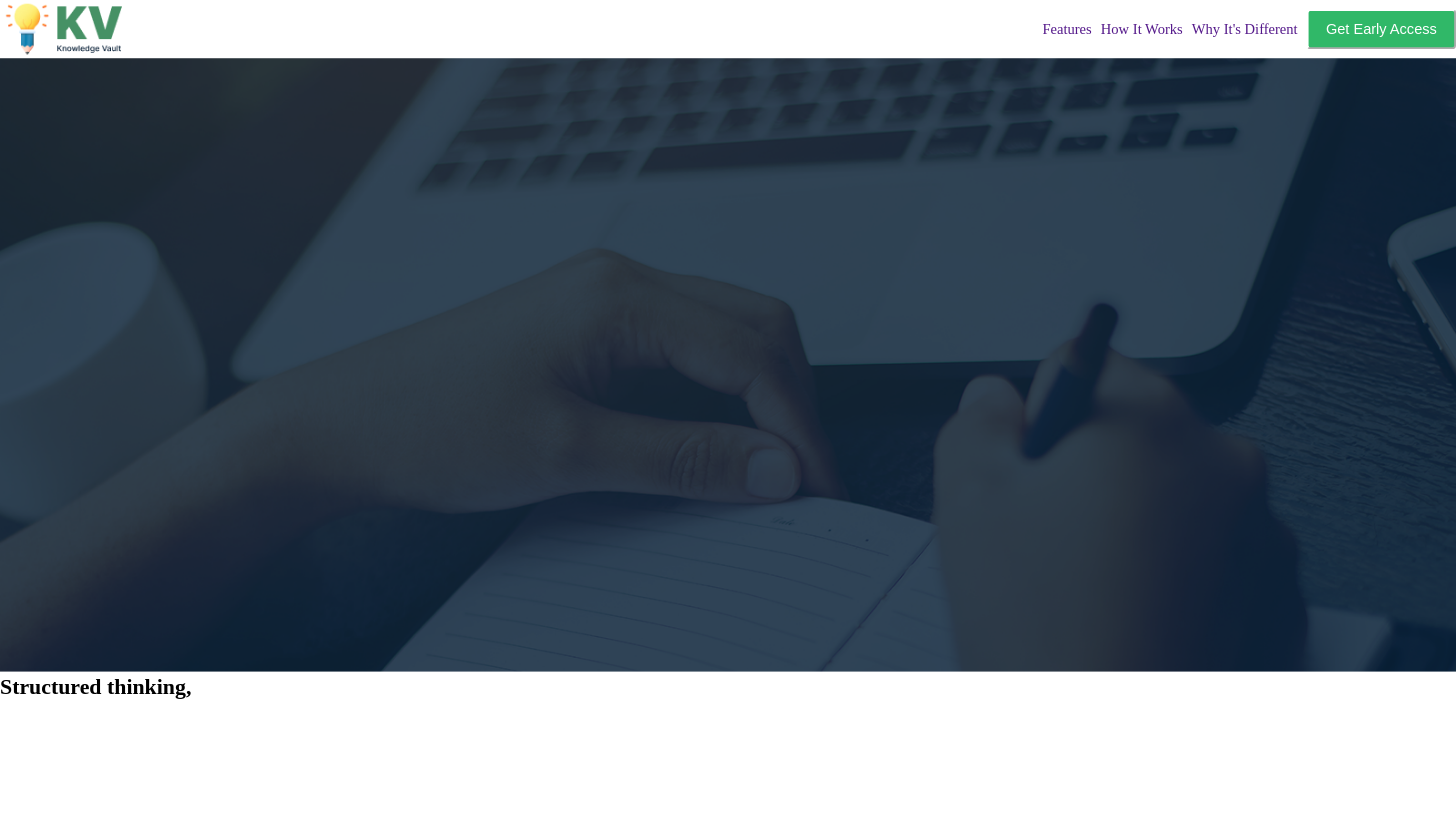
Repository: tanimtanzilislam/Assignment1-PH
Page: index.html
These files come from the project's save history. The page is drawn as it stood at one moment and after the next save; the edit follows.
The browser window is 1280 px wide. The page is 1600 px wide, so the pictures cover 1600 px, including what lies to the right of the window. The pictures show the whole page, at 91% of full size.

Above is the page before, as saved 2026-01-17 05:13:20.

### index.html
<!DOCTYPE html>
<html lang="en">
<head>
    <meta charset="UTF-8">
    <meta name="viewport" content="width=device-width, initial-scale=1.0">
    <title>Document</title>
    <link rel="stylesheet" href="./style.css">
    <title>Assignment 1</title>


<link rel="preconnect" href="https://fonts.googleapis.com">
<link rel="preconnect" href="https://fonts.gstatic.com" crossorigin>
<link href="https://fonts.googleapis.com/css2?family=Inter:ital,opsz,wght@0,14..32,100..900;1,14..32,100..900&family=Open+Sans:ital,wght@0,300..800;1,300..800&family=Outfit:wght@100..900&family=Poppins:ital,wght@0,100;0,200;0,300;0,400;0,500;0,600;0,700;0,800;0,900;1,100;1,200;1,300;1,400;1,500;1,600;1,700;1,800;1,900&display=swap" rel="stylesheet">



</head>
<body class=".font-inter">

    <header>
        <nav class="navbar">
            <div class="logo-navbar">
            <img src="./assets/logo-navbar.png" alt="">
            </div>

            <ul class="nav-list">
                <li> <a href=""> Features</a></li>
                <li><a href=""> How It Works</a> </li>


                <li><a href=""> Why It's Different</a></li>
               <li><button class="nav-button">Get Early Access</button></li>



                </ul>




        </nav>

        <section id="banner">

            <img src="./assets/hero-bg.png" alt="">
              <div class="head1"> <h2>Structured thinking,</h2></div>


        </section>
    </header>



</body>
</html>

### style.css
*{
    margin:0;
    padding:0;
    box-sizing: border-box;
}
.font-inter{
  font-family: "Outfit", sans-serif;
  font-optical-sizing: auto;

}
.logo-navbar{
    width:139px;
    height:60px;
}
.navbar{
    width:1600px;
    height:64px;
    margin:0 auto;
    display:flex;
    justify-content: space-between;
     align-items: center;

}
.nav-list{

    display:flex;
    list-style-type: none;
   gap:10px;
   font-size: 16px;
   align-items:center;

}

.nav-list a{
    text-decoration: none;
}
.nav-button{

    width:164px;
    height:44px;
    color:white;
    background-color:#30B868;
    border-radius: 4px;
    border-color: white;
    padding:12.5px,16px;
    font-size:16px;
}
.head1{
    width:770px;
    height:168px;
    font:inter;
    style:bold;
    size:72px;
    line-height:

}

After the next save:
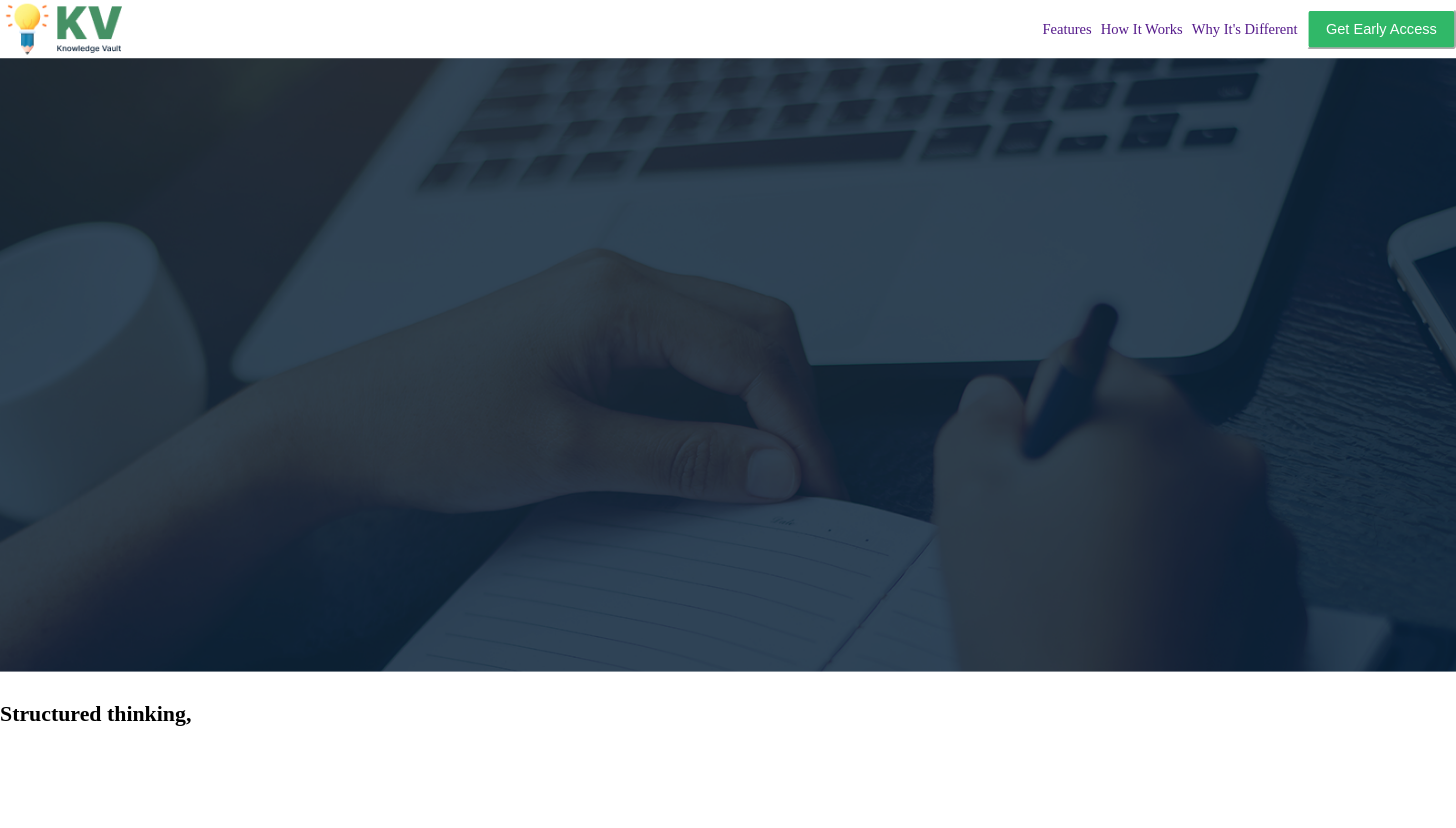
Saved 10 s later.
--- a/style.css
+++ b/style.css
@@ -51,6 +51,6 @@
     font:inter;
     style:bold;
     size:72px;
-    line-height:
+    line-height: 84px;
 
 }
